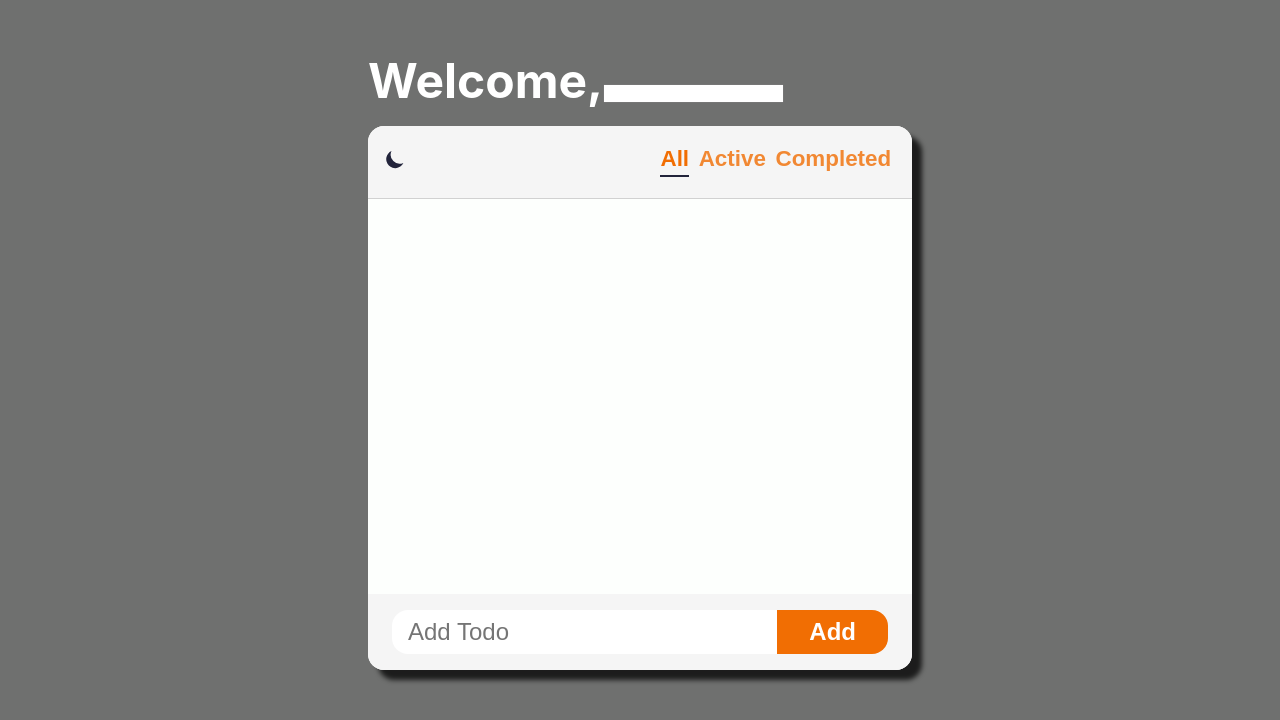
Repository: MrJinkyu/TodoList
Page: /
The author's editor kept a copy of each file at every save. The page is drawn from the files as they stood at one save, then again after the next save.
The browser window is 1280 px wide. The pictures show the whole page.
The project was rebuilt for these pictures with package versions that can differ from the ones it lists, and the page was loaded fresh each time. Also part of the build but not shown: src/components/Todo.module.css, src/components/Todo.jsx.

Above is the page before, as saved 2023-05-01 16:11:59.

### src/index.js
import React from 'react';
import ReactDOM from 'react-dom/client';
import './index.css';
import App from './App';
import reportWebVitals from './reportWebVitals';
import Greeting from './components/Greeting';

const root = ReactDOM.createRoot(document.getElementById('root'));
root.render(
  <React.StrictMode>
    <Greeting/>
    <App />
  </React.StrictMode>
);

// If you want to start measuring performance in your app, pass a function
// to log results (for example: reportWebVitals(console.log))
// or send to an analytics endpoint. Learn more: https://bit.ly/CRA-vitals
reportWebVitals();

### src/index.css
:root{
  --color-body: #6f706f;
  --color-bg-dark:#f5f5f5;
  --color-bg: #fdfffd;
  --color-grey: #d1d1d1;
  --color-text: #22243b;
  --color-accent: #f16e03;
  --color-white: white;
  --color-scrollbar: #aaa7a7;
}

html.dark{
  --color-bg-dark: #1a1c35;
  --color-bg: #22243b;
  --color-grey: #4e4e4e;
  --color-text: #fdfffd;
}

*{
  box-sizing: border-box;
  padding: 0;
  margin: 0;
}

button{
  border: none;
  outline: none;
  cursor: pointer;
  background-color: transparent;
}

ul,li{
  list-style: none;
}

body {
  margin: 0;
  font-family: -apple-system, BlinkMacSystemFont, 'Segoe UI', 'Roboto', 'Oxygen',
    'Ubuntu', 'Cantarell', 'Fira Sans', 'Droid Sans', 'Helvetica Neue',
    sans-serif;
  -webkit-font-smoothing: antialiased;
  -moz-osx-font-smoothing: grayscale;
  width: 100vw;
  height: 100vh;
  display: flex;
  justify-content: center;
  align-items: center;
  background-color: var(--color-body);
  font-size: 1.2rem;
  accent-color: var(--color-accent);
}

code {
  font-family: source-code-pro, Menlo, Monaco, Consolas, 'Courier New',
    monospace;
}

::-webkit-scrollbar {
  width: 0.5rem
}

::-webkit-scrollbar-track {
  background-color: var(--color-bg-dark);
}

::-webkit-scrollbar-thumb {
  background-color: var(--color-scrollbar);
}

::-webkit-scrollbar-thumb:hover {
  background-color: var(--color-accent);
}

### src/App.js
import { useState } from "react";
import TodoList from "./components/TodoList";
import Header from "./components/Header";
import { DarkModeProvider } from "./context/DarkModeContext";
import './App.css';

const filters = ['all', 'active', 'completed'];
function App() {
  const [filter, setFilter] = useState(filters[0]);
  return (
    <div className="app">
    <DarkModeProvider>
      <Header filters={filters} filter={filter} onFilterChange={setFilter}/>
      <TodoList filter={filter}/>
    </DarkModeProvider>
    </div>
  );
}

export default App;

### src/components/Greeting.jsx
import React, { useEffect } from 'react';
import styles from './Greeting.module.css';

export default function Greeting() {
    const [name, setName] = ('');
    const handleChange = (e) => {
        setName(e.target.value);
    }
    useEffect(()=>{

    },[]);
    return (
        <>
        <h2 className={styles.greeting}>
            Welcome,
            <input
                type='text'
                className={styles.text}
                value={name}
                onChange={handleChange}
            />
        </h2>
        </>
    );
}

### src/components/TodoList.jsx
import React, { useEffect, useState } from 'react';
import AddTodo from './AddTodo';
import Todo from './Todo';
import styles from './TodoList.module.css';

export default function TodoList({filter}) {
    const [todos, setTodos] = useState(readTodo);
    const handleAdd = (todo) => {
        setTodos([...todos, todo]);
    }
    const handleUpdate = (updated) => {
        setTodos(todos.map((todo) => todo.id === updated.id ? updated : todo));
    }
    const handleDelete = (deleted) => {
        setTodos(todos.filter((todo) => todo.id !== deleted.id));
    }
    const filtered = getFilteredItems(todos, filter);

    useEffect(()=>{
        localStorage.setItem('todos',JSON.stringify(todos));
    },[todos]);
    return (
        <section className={styles.container}>
            <ul className={styles.list}>
                {filtered.map((item) => (
                    <Todo
                        key={item.id}
                        todo={item}
                        onUpdate={handleUpdate}
                        onDelete={handleDelete}
                    />
                ))}
            </ul>
            <AddTodo onAdd={handleAdd}/>
        </section>
    );
}

function getFilteredItems(todos, filter){
    if(filter === 'all'){
        return todos;
    }
    return todos.filter((todo) => todo.status === filter);
}

function readTodo(){
    const todos = localStorage.getItem('todos');
    return todos ? JSON.parse(todos) : [];
}

### src/components/Header.jsx
import React from 'react';
import styles from './Header.module.css';
import { useDarkMode } from '../context/DarkModeContext';
import { HiMoon, HiSun } from 'react-icons/hi';

export default function Header({filters, filter, onFilterChange}) {
    const {darkMode, toggleDarkMode} = useDarkMode();

    return (
        <header className={styles.header}>
            <button className={styles.toggle} onClick={toggleDarkMode}>
                {!darkMode && <HiMoon></HiMoon>}
                {darkMode && <HiSun></HiSun>}
            </button>
            <ul className={styles.filters}>
                {filters.map((value,index) => (
                    <li key={index}>
                        <button
                            onClick={() => onFilterChange(value)}
                            className={`${styles.filter} ${filter === value && styles.selected}`}
                        >
                            {value}
                        </button>
                    </li>
                ))}
            </ul>
        </header>
    );
}

### src/context/DarkModeContext.jsx
const { createContext, useState, useContext } = require("react");

const DarkModeContext = createContext();

export function DarkModeProvider({children}){
    const [darkMode, setDarkMode] = useState(false);
    const toggleDarkMode = () => {
        setDarkMode(!darkMode);
        updateDarkMode(!darkMode);
    }

    return (
        <DarkModeContext.Provider value={{darkMode, toggleDarkMode}}>
            {children}
        </DarkModeContext.Provider>
    )
}

export const useDarkMode = () => useContext(DarkModeContext);

function updateDarkMode(darkMode){
    if(darkMode){
        document.documentElement.classList.add('dark');
    }else{
        document.documentElement.classList.remove('dark');
    }
}

### src/App.css
.app{
    overflow: hidden;
    display: flex;
    flex-direction: column;
    width: 34rem;
    height: 34rem;
    background-color: var(--color-bg);
    border-radius: 1rem;
    box-shadow: 10px 10px 5px 0px rgba(0,0,0,0.75);
  -webkit-box-shadow: 10px 10px 5px 0px rgba(0,0,0,0.75);
  -moz-box-shadow: 10px 10px 5px 0px rgba(0,0,0,0.75);
  }

### src/components/Greeting.module.css
.greeting{
    color: var(--color-white);
    font-size: 3rem;
    margin-bottom: 1rem;
}

.name{
    width: 100%;
    background-color: transparent;
    color: var(--color-white);
}

### src/components/AddTodo.jsx
import React, { useState } from 'react';
import {v4 as uuidv4} from 'uuid';
import styles from './AddTodo.module.css';

export default function AddTodo({onAdd}) {
    const [text, setText] = useState('');
    const handleChange = (e) => {
        setText(e.target.value);
    }
    const handleSubmit = (e) => {
        e.preventDefault();
        if(text.trim().length === 0){
            return ;
        }
        onAdd({ id: uuidv4(), text, status: 'active' });
        setText('');
    }
    return (
        <form className={styles.form} onSubmit={handleSubmit}>
            <input
                className={styles.input}
                type="text"
                value={text}
                onChange={handleChange}
                placeholder='Add Todo'
            />
            <button className={styles.button}>Add</button>
        </form>
    );
}

### src/components/TodoList.module.css
.container{
    height: 100%;
    display: flex;
    flex-direction: column;
    min-height: 0;
}

.list{
    flex: 1 1 auto;
    padding: 0.7rem 1rem;
    overflow-y: auto;
}

### src/components/Header.module.css
.header{
    background-color: var(--color-bg-dark);
    display: flex;
    justify-content: space-between;
    align-items: center;
    padding: 1rem;
    border-bottom: 1px solid var(--color-grey);
}

.toggle{
    font-size: 1.4rem;
    color: var(--color-text);
    transition: all 150ms ease-out;
}

.toggle:hover{
    color: var(--color-accent);
    transform: scale(1.1);
}

.filters{
    display: flex;
}

.filter{
    margin: 0.3rem;
    font-size: 1.4rem;
    color: var(--color-accent);
    font-weight: bold;
    opacity: 0.8;
    text-transform: capitalize;
}

.filter:hover,
.filter.selected{
    opacity: 1;
}

.filter.selected::after{
    content: '';
    display: block;
    margin-top: 0.2rem;
    border: 1px solid var(--color-text);
}

### src/components/AddTodo.module.css
.form{
    width: 100%;
    display: flex;
    padding: 1rem 1.5rem;
    background-color: var(--color-bg-dark);
}

.input{
    font-size: 1.5rem;
    border: none;
    outline: none;
    padding: 0.5rem 1rem;
    flex: 1 0 auto;
    border-top-left-radius: 1rem;
    border-bottom-left-radius: 1rem;
}

.button{
    padding: 0 2rem;
    font-size: 1.5rem;
    font-weight: bold;
    background-color: var(--color-accent);
    color: var(--color-white);
    border-top-right-radius: 1rem;
    border-bottom-right-radius: 1rem;
}

.button:hover{
    filter: brightness(125%);
}

Loaded but not shown: public/index.html (common file); src/reportWebVitals.js (common file)

After the next save:
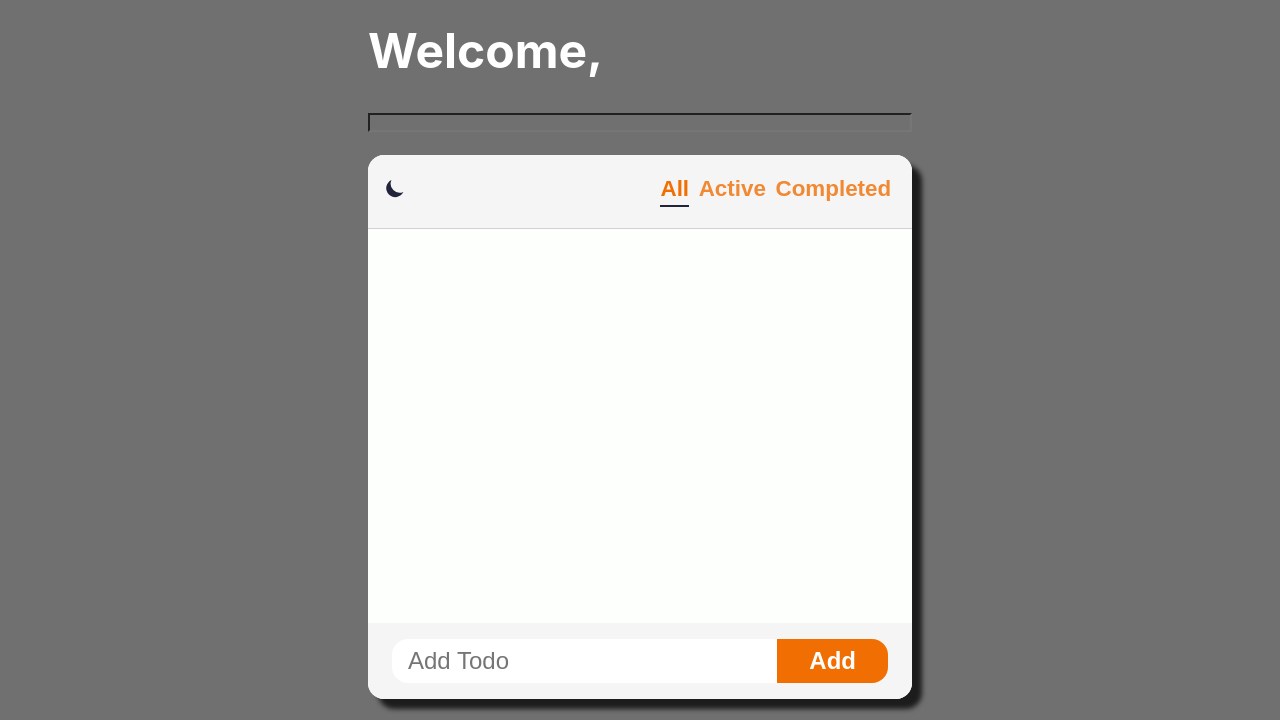
Saved 6 s later.
--- a/src/components/Greeting.module.css
+++ b/src/components/Greeting.module.css
@@ -4,7 +4,7 @@
     margin-bottom: 1rem;
 }
 
-.name{
+.text{
     width: 100%;
     background-color: transparent;
     color: var(--color-white);
